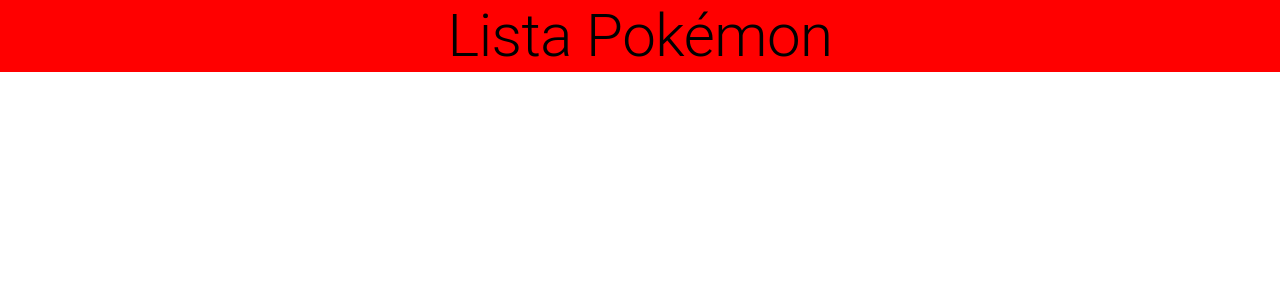
Repository: lenx0/PokeWiki-Front
Page: /
The author's editor kept a copy of each file at every save. The page is drawn from the files as they stood at one save, then again after a run of saves.
The browser window is 1280 px wide. The pictures show the whole page.
The page's requests for data from a server got no answer. The project was rebuilt for these pictures with package versions that can differ from the ones it lists, and the page was loaded fresh each time. The framework's server and built-in components were replaced by stand-ins that run in the browser. No one was signed in, and anything a server would have sent is missing. Also part of the build but not shown: next.config.mjs.

Above is the page before, as saved 2024-02-13 19:21:14.

After the next 2 saves:
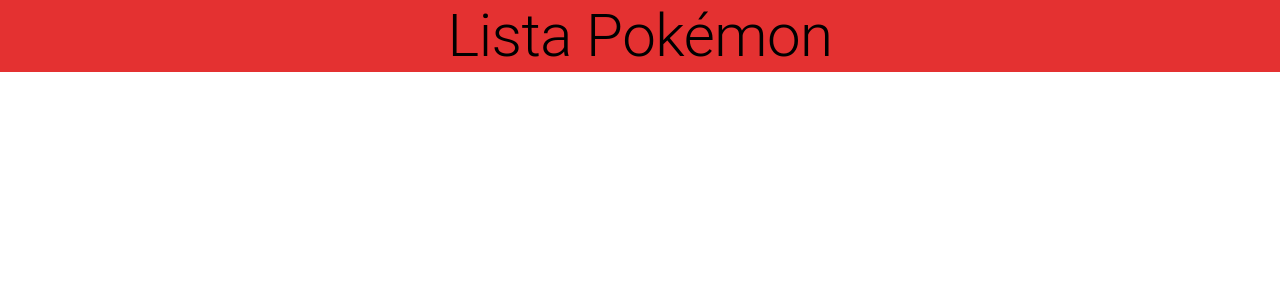
The 2 saves are shown as one change because they came seconds apart.
The last was saved 10 s later.
--- a/src/app/pages/PokemonList/page.jsx
+++ b/src/app/pages/PokemonList/page.jsx
@@ -4,7 +4,7 @@
 export default function PokemonList() {
   return (
     <Grid container>
-      <Grid item xs={12} sm={12} md={12} backgroundColor="red" textAlign="center">
+      <Grid item xs={12} sm={12} md={12} backgroundColor="#e43131" textAlign="center">
         <Typography variant="h2">Lista Pokémon</Typography>
       </Grid>
       <Cards />
